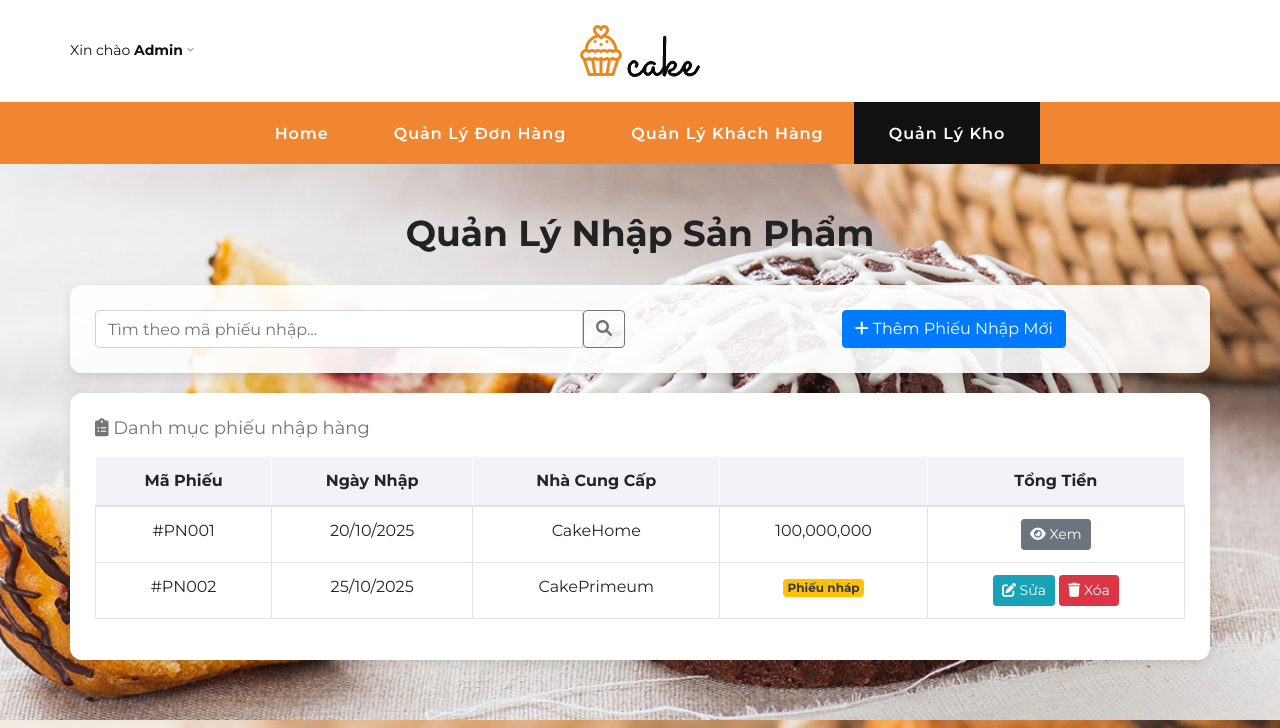
Repository: nhanto2n-byte/Nhom10ChieuThu3
Page: ProjectWeb/cake-main/admin_import.html
The author's editor kept a copy of each file at every save. The page is drawn from the files as they stood at one save, then again after the next save.
The browser window is 1280 px wide. The pictures show the whole page.
Backgrounds fixed to the window are drawn as part of the page.

Above is the page before, as saved 2025-11-11 09:01:03.

### ProjectWeb/cake-main/admin_import.html
<!DOCTYPE html>
<html lang="vi">

<head>
    <meta charset="UTF-8">
    <meta name="viewport" content="width=device-width, initial-scale=1.0">
    <title>Quản lý Nhập Sản phẩm</title>

    <link href="https://fonts.googleapis.com/css2?family=Playfair+Display:wght@400;500;600;700;800;900&display=swap" rel="stylesheet">
    <link href="https://fonts.googleapis.com/css2?family=Montserrat:wght@300;400;500;600;700;800;900&display=swap" rel="stylesheet">

    <link rel="stylesheet" href="css/bootstrap.min.css" type="text/css">
    <link rel="stylesheet" href="css/flaticon.css" type="text/css">
    <link rel="stylesheet" href="css/barfiller.css" type="text/css">
    <link rel="stylesheet" href="css/magnific-popup.css" type="text/css">
    <link rel="stylesheet" href="css/font-awesome.min.css" type="text/css">
    <link rel="stylesheet" href="css/elegant-icons.css" type="text/css">
    <link rel="stylesheet" href="css/nice-select.css" type="text/css">
    <link rel="stylesheet" href="css/owl.carousel.min.css" type="text/css">
    <link rel="stylesheet" href="css/slicknav.min.css" type="text/css">
    <link rel="stylesheet" href="css/style.css" type="text/css">
    <link rel="stylesheet" href="https://cdnjs.cloudflare.com/ajax/libs/font-awesome/6.0.0-beta3/css/all.min.css">

    <style>
      body {
        background: url('img/hero/hero-1.jpg') no-repeat center center fixed;
        background-size: cover;
        font-family: 'Montserrat', sans-serif;
        color: #222;
      }

      h2 {
        font-weight: 700;
        margin-bottom: 30px;
        color: #222;
      }

      .card {
        border: none;
        border-radius: 12px;
        box-shadow: 0 3px 10px rgba(0, 0, 0, 0.1);
        margin-bottom: 20px;
        padding: 25px;
        background-color: rgba(255, 255, 255, 0.9);
      }

      .table th {
        background-color: #f1f3f9;
      }
    </style>
      <style>
        /* ==================================== */
        /* CẤU TRÚC MENU THẢ XUỐNG (DROPDOWN) */
        /* ==================================== */

        /* 1. Thiết lập vị trí tương đối cho mục cha */
        .header__top__left ul li.has-dropdown {
            position: relative;
        }

        /* KHẮC PHỤC LỖI TÔ ĐEN TRÊN LIÊN KẾT CHA */
        .header__top__left ul li.has-dropdown > a:focus,
        .header__top__left ul li.has-dropdown > a:active {
            /* Dùng !important để ghi đè CSS từ file style.css nếu cần */
            outline: none !important;
            -webkit-tap-highlight-color: transparent;
            background-color: transparent !important;
        }

        /* 2. Thiết lập trạng thái mặc định (ẨN) cho dropdown */
        .header__top__left ul li .dropdown {
            display: none;
            position: absolute;
            top: 100%;
            left: 0;
            z-index: 100;

            /* NỀN ĐẬM CHO CHỮ TRẮNG NỔI BẬT */
            background-color: #333; /* Nền xám/đen đậm */
            border: 1px solid #555;
            box-shadow: 0 4px 10px rgba(0, 0, 0, 0.2);
            min-width: 200px;
            padding: 5px 0;
            list-style: none; /* Loại bỏ dấu chấm */
        }

        /* 3. Hiển thị menu khi di chuột vào mục cha */
        .header__top__left ul li.has-dropdown:hover > .dropdown {
            display: block;
        }

        /* 4. Định kiểu cho các mục con trong menu */
        .header__top__left ul li .dropdown li a {
            display: block;
            padding: 10px 15px;
            text-decoration: none;

            /* MÀU CHỮ TRẮNG */
            color: white;

            font-size: 16px;
            white-space: nowrap;
        }

        /* Hiệu ứng di chuột (hover) cho các mục con */
        .header__top__left ul li .dropdown li a:hover {
            background-color: #555; /* Nền xám nhẹ khi hover */
            color: #ffcc00; /* Màu nổi bật khi hover */
        }

        /* Căn giữa toàn bộ menu chính */
.header__menu ul {
    display: flex;
    justify-content: center; /* căn giữa menu */
    align-items: center;
    list-style: none;
    margin: 0;
    padding: 0;
}

/* Mỗi mục trong menu chính */
.header__menu ul li {
    position: relative;
}

/* Dropdown menu (đen, chữ trắng, tự giãn kích thước) */
.header__menu ul li .dropdown {
    display: none;
    position: absolute;
    top: 100%;
    left: 50%;
    transform: translateX(-50%);
    background-color: rgba(0, 0, 0, 0.95);
    border: 1px solid #444;
    box-shadow: 0 4px 10px rgba(0, 0, 0, 0.3);
    border-radius: 8px;
    z-index: 100;
    padding: 5px 0;

    /* Cho phép chữ xuống dòng, mở rộng nếu cần */
    white-space: normal; /* cho phép xuống dòng */
    width: auto;         /* tự mở rộng theo nội dung */
    min-width: 230px;    /* kích thước tối thiểu */
    max-width: 300px;    /* tránh quá rộng */
    word-wrap: break-word; /* ngắt dòng nếu chữ dài liền */
}

/* Hiện dropdown khi hover */
.header__menu ul li:hover > .dropdown {
    display: block;
}

/* Các item trong dropdown */
.header__menu ul li .dropdown li {
    display: block;
}

/* Liên kết trong dropdown */
.header__menu ul li .dropdown li a {
    display: block;
    padding: 10px 18px;
    color: #fff;
    text-decoration: none;
    font-size: 15px;
    font-weight: 500;
    transition: background 0.2s, color 0.2s;
    line-height: 1.4; /* giúp dòng chữ cân đối khi xuống dòng */
}

/* Hover đẹp */
.header__menu ul li .dropdown li a:hover {
    background-color: #333;
    color: #ffcc00;
}

/* Hiệu ứng trượt mở */
.header__menu ul li .dropdown {
    opacity: 0;
    visibility: hidden;
    transform: translate(-50%, 10px);
    transition: all 0.25s ease;
}
.header__menu ul li:hover > .dropdown {
    opacity: 1;
    visibility: visible;
    transform: translate(-50%, 0);
}


        </style>

    </style>
</head>

<body>
    <div id="preloder"><div class="loader"></div></div>
    <header class="header">
        <div class="header__top"><div class="container"><div class="row"><div class="col-lg-12"><div class="header__top__inner"><div class="header__top__left"><ul><li class="has-dropdown">Xin chào <strong>Admin</strong><span class="arrow_carrot-down"></span></a><ul class="dropdown"><li><a href="./admin_login.html">Log out</a></li></ul></li></ul></div><div class="header__logo"><a href="./#.html"><img src="img/logo.png" alt=""></a></div></div></div></div><div class="canvas__open"><i class="fa fa-bars"></i></div></div></div>
        <div class="container"><div class="row"><div class="col-lg-12"><nav class="header__menu mobile-menu"><ul>
            <li><a href="./admin_home.html">Home</a></li>
            <li><a href="./admin_product.html">Quản Lý Đơn Hàng</a></li><li><a href="./admin_member.html">Quản Lý Khách Hàng</a></li><li class="active"><a href="#">Quản Lý Kho</a><ul class="dropdown"><li><a href="./admin_category.html">Quản Lý Danh Mục</a></li><li><a href="./admin_import.html">Quản Lý Nhập Sản Phẩm</a></li><li><a href="./admin_selling.html">Quản Lý Giá Bán</a></li><li><a href="./admin_quantity.html">Quản Lý Số Lượng Tồn</a></li><li><a href="./admin_type.html">Quản Lý Loại Sản Phẩm</a></li></ul></li></ul></nav></div></div></div>
    </header>

    <div class="container py-5">
        <h2 class="text-center">Quản Lý Nhập Sản Phẩm</h2>

        <div class="card">
            <div class="row g-3 justify-content-between align-items-center">
                <div class="col-md-6"><div class="input-group"><input type="text" class="form-control" placeholder="Tìm theo mã phiếu nhập..."><button class="btn btn-outline-secondary" type="button"><i class="fa fa-search"></i></button></div></div>
                <div class="col-md-4 text-end"><button class="btn btn-primary" data-bs-toggle="modal" data-bs-target="#addModal"><i class="fa-solid fa-plus"></i> Thêm Phiếu Nhập Mới</button></div>
            </div>
        </div>

        <div class="card bg-white">
            <h5><i class="fa-solid fa-clipboard-list"></i> Danh mục phiếu nhập hàng</h5>
            <div class="table-responsive mt-3">
                <table class="table table-bordered text-center align-middle">
                    <thead class="table-light">
                        <tr><th>Mã Phiếu</th><th>Ngày Nhập</th><th>Nhà Cung Cấp</th><th></th><th>Tổng Tiền</th></tr>
                    </thead>
                    <tbody>
                        <tr>
                            <td>#PN001</td><td>20/10/2025</td><td>CakeHome</td><td>100,000,000</span></td>
                            <td class="action-buttons"><button class="btn btn-secondary btn-sm" data-bs-toggle="modal" data-bs-target="#viewModal"><i class="fa-solid fa-eye"></i> Xem</button></td>
                        </tr>
                        <tr>
                            <td>#PN002</td><td>25/10/2025</td><td>CakePrimeum</td><td><span class="badge bg-warning text-dark">Phiếu nháp</span></td>
                            <td class="action-buttons">
                                <button class="btn btn-info btn-sm" data-bs-toggle="modal" data-bs-target="#editModal"><i class="fa-solid fa-pen-to-square"></i> Sửa</button>
                                <button onclick = "deleteProduct()"class="btn btn-danger btn-sm ms-2"><i class="fa-solid fa-trash"></i> Xóa</button>
                            </td>
                        </tr>
                    </tbody>
                </table>
            </div>
        </div>
    </div>

    <div class="modal fade" id="addModal" tabindex="-1" aria-hidden="true">
        <div class="modal-dialog modal-xl">
            <div class="modal-content">
                <div class="modal-header">
                    <h5 class="modal-title"><i class="fa-solid fa-plus"></i> Thêm Phiếu Nhập Mới</h5>
                    <button type="button" class="btn-close" data-bs-dismiss="modal"></button>
                </div>
                <div class="modal-body">
                    <form>
                        <div class="row mb-3">
                            <div class="col-md-4">
                                <label class="form-label"><strong>Ngày nhập</strong></label>
                                <input type="date" class="form-control">
                            </div>
                        </div>
                        <hr>
                        <div class="d-flex justify-content-between align-items-center mb-3">
                            <h6><strong>Chi tiết sản phẩm nhập</strong></h6>
                            <button type="button" class="btn btn-success btn-sm" id="addProductBtn">
                                <i class="fa-solid fa-plus"></i> Thêm Sản Phẩm
                            </button>
                        </div>
                        <div class="table-responsive">
                            <table class="table table-bordered align-middle" id="addProductTable">
                                <thead class="table-light">
                                    <tr>
                                        <th>Sản phẩm</th>
                                        <th style="width: 15%;">Số lượng</th>
                                        <th style="width: 20%;">Giá nhập (VNĐ)</th>
                                        <th style="width: 20%;">Thành tiền</th>
                                        <th style="width: 10%;" class="text-center">Xóa</th>
                                    </tr>
                                </thead>
                                <tbody id="addProductTableBody">
                                </tbody>
                                <tfoot>
                                    <tr>
                                        <td colspan="4" class="text-end"><strong>Tổng cộng:</strong></td>
                                        <td id="totalAmount" class="fw-bold"><strong>0 đ</strong></td>
                                    </tr>
                                </tfoot>
                            </table>
                        </div>
                    </form>
                </div>
                <div class="modal-footer">
                    <button type="button" class="btn btn-secondary" data-bs-dismiss="modal">Hủy</button>
                    <button type="button" class="btn btn-warning" data-bs-dismiss="modal">Lưu Nháp</button>
                    <button type="button" class="btn btn-primary" data-bs-dismiss="modal">Hoàn Thành Phiếu</button>
                </div>
            </div>
        </div>
    </div>

    <div class="modal fade" id="editModal" tabindex="-1" aria-hidden="true">
        <div class="modal-dialog modal-xl">
            <div class="modal-content">
                <div class="modal-header"><h5 class="modal-title"><i class="fa-solid fa-pen-to-square"></i> Chỉnh Sửa Phiếu Nhập #PN002</h5><button type="button" class="btn-close" data-bs-dismiss="modal"></button></div>
                <div class="modal-body">
                    <form>
                        <div class="row mb-3"><div class="col-md-4"><label class="form-label"><strong>Ngày nhập</strong></label><input type="date" class="form-control" value="2025-10-25"></div></div><hr>
                        <h6><strong>Chi tiết sản phẩm nhập</strong></h6>
                        <div class="table-responsive mt-3"><table class="table table-bordered align-middle"><thead class="table-light"><tr><th>Sản phẩm</th><th style="width: 15%;">Số lượng</th><th style="width: 20%;">Giá nhập</th><th style="width: 20%;">Thành tiền</th><th style="width: 10%;" class="text-center">Xóa</th></tr></thead><tbody><tr><td>Dozen Cupcakes</td><td><input type="number" class="form-control" value="5"></td><td><input type="number" class="form-control" value="140000"></td><td>700,000 đ</td><td class="text-center"><button class="btn btn-outline-danger btn-sm"><i class="fa-solid fa-trash"></i></button></td></tr><tr><td>Cookies And Cream</td><td><input type="number" class="form-control" value="2"></td><td><input type="number" class="form-control" value="250000"></td><td>500,000 đ</td><td class="text-center"><button class="btn btn-outline-danger btn-sm"><i class="fa-solid fa-trash"></i></button></td></tr></tbody><tfoot><tr><td colspan="3" class="text-end"><strong>Tổng cộng:</strong></td><td colspan="2"><strong>1,200,000 đ</strong></td></tr></tfoot></table></div>
                    </form>
                </div>
                <div class="modal-footer">
                    <button type="button" class="btn btn-secondary" data-bs-dismiss="modal">Hủy</button>
                    <button type="button" class="btn btn-warning" data-bs-dismiss="modal">Lưu Thay Đổi</button>
                    <button type="button" class="btn btn-primary" data-bs-dismiss="modal">Hoàn Thành</button>
                </div>
            </div>
        </div>
    </div>

    <div class="modal fade" id="viewModal" tabindex="-1" aria-hidden="true">
        <div class="modal-dialog modal-xl"><div class="modal-content"><div class="modal-header"><h5 class="modal-title"><i class="fa-solid fa-eye"></i> Xem Chi Tiết Phiếu Nhập #PN001</h5><button type="button" class="btn-close" data-bs-dismiss="modal"></button></div><div class="modal-body"><form><fieldset disabled><div class="row mb-3"><div class="col-md-4"><label class="form-label"><strong>Ngày nhập</strong></label><input type="date" class="form-control" value="2025-10-20"></div></div><hr><h6><strong>Chi tiết sản phẩm đã nhập</strong></h6><div class="table-responsive mt-3"><table class="table table-bordered align-middle"><thead class="table-light"><tr><th>Sản phẩm</th><th>Số lượng</th><th>Giá nhập</th><th>Thành tiền</th></tr></thead><tbody><tr><td>Dozen Cupcakes</td><td>20</td><td>150,000 đ</td><td>3,000,000 đ</td></tr><tr><td>German Chocolate</td><td>10</td><td>250,000 đ</td><td>2,500,000 đ</td></tr></tbody><tfoot><tr><td colspan="3" class="text-end"><strong>Tổng cộng:</strong></td><td><strong>5,500,000 đ</strong></td></tr></tfoot></table></div></fieldset></form></div><div class="modal-footer"><button type="button" class="btn btn-secondary" data-bs-dismiss="modal">Đóng</button></div></div></div>
    </div>



    <script src="js/jquery-3.3.1.min.js"></script>
    <script src="js/bootstrap.min.js"></script>
    <script src="js/jquery.nice-select.min.js"></script>
    <script src="js/jquery.barfiller.js"></script>
    <script src="js/jquery.magnific-popup.min.js"></script>
    <script src="js/jquery.slicknav.js"></script>
    <script src="js/owl.carousel.min.js"></script>
    <script src="js/jquery.nicescroll.min.js"></script>
    <script src="js/main.js"></script>
    <script src="https://cdn.jsdelivr.net/npm/bootstrap@5.3.2/dist/js/bootstrap.bundle.min.js"></script>
    <script src="js/slider.js"></script>

    <script src="js/jquery-3.3.1.min.js"></script>
    <script src="js/bootstrap.min.js"></script>
    <script src="js/jquery.nice-select.min.js"></script>
    <script src="https://cdn.jsdelivr.net/npm/bootstrap@5.3.2/dist/js/bootstrap.bundle.min.js"></script>
    <script src="js/slider.js"></script>

<script>
document.addEventListener('DOMContentLoaded', function () {

    // DỮ LIỆU SẢN PHẨM MẪU
    const productList = [
        { id: 1, name: 'Dozen Cupcakes' },
        { id: 2, name: 'Cookies And Cream' },
        { id: 3, name: 'German Chocolate' },
        { id: 4, name: 'Red Velvet' },
        { id: 5, name: 'Birthday Cake' },
        { id: 6, name: 'Vanilla' }
    ];

    const addModal = document.getElementById('addModal');
    const addProductBtn = document.getElementById('addProductBtn');
    const tableBody = document.getElementById('addProductTableBody');
    const totalAmountCell = document.getElementById('totalAmount');

    function formatCurrency(number) {
        return new Intl.NumberFormat('vi-VN', { style: 'currency', currency: 'VND' }).format(number);
    }

    // HÀM TẠO HÀNG MỚI (Vẫn dùng hàm này)
    function addNewProductRow() {
        const newRow = document.createElement('tr');
        newRow.innerHTML = `
            <td>
                <div class="position-relative">
                    <input type="text" class="form-control product-name-input" placeholder="Nhập tên sản phẩm...">
                    <div class="suggestions-container"></div>
                </div>
            </td>
            <td><input type="number" class="form-control product-quantity" value="1" min="1"></td>
            <td><input type="number" class="form-control product-price" placeholder="0" min="0"></td>
            <td class="product-subtotal">0 đ</td>
            <td class="text-center">
                <button type="button" class="btn btn-outline-danger btn-sm delete-row-btn"><i class="fa-solid fa-trash"></i></button>
            </td>
        `;
        tableBody.appendChild(newRow);
        updateTotals();
    }

    // HÀM CẬP NHẬT TỔNG TIỀN
    function updateTotals() {
        let total = 0;
        const rows = tableBody.querySelectorAll('tr');
        rows.forEach(row => {
            const quantity = parseInt(row.querySelector('.product-quantity').value) || 0;
            const price = parseFloat(row.querySelector('.product-price').value) || 0;
            const subtotal = quantity * price;
            row.querySelector('.product-subtotal').textContent = formatCurrency(subtotal);
            total += subtotal;
        });
        totalAmountCell.textContent = formatCurrency(total);
    }

    // LOGIC XỬ LÝ GỢI Ý
    tableBody.addEventListener('input', function(event) {
        if (event.target.classList.contains('product-name-input')) {
            const input = event.target;
            const query = input.value.toLowerCase();
            const suggestionsContainer = input.nextElementSibling;
            suggestionsContainer.innerHTML = '';
            if (query.length > 0) {
                const filteredProducts = productList.filter(product =>
                    product.name.toLowerCase().includes(query)
                );
                if (filteredProducts.length > 0) {
                    filteredProducts.forEach(product => {
                        const item = document.createElement('div');
                        item.classList.add('suggestion-item');
                        item.textContent = product.name;
                        suggestionsContainer.appendChild(item);
                    });
                    suggestionsContainer.style.display = 'block';
                } else {
                    suggestionsContainer.style.display = 'none';
                }
            } else {
                suggestionsContainer.style.display = 'none';
            }
        }
    });

    // LOGIC XỬ LÝ CLICK
    tableBody.addEventListener('click', function(event) {
        // Khi click vào một gợi ý
        if (event.target.classList.contains('suggestion-item')) {
            const suggestionText = event.target.textContent;
            const inputWrapper = event.target.closest('.position-relative');
            const inputField = inputWrapper.querySelector('.product-name-input');
            inputField.value = suggestionText;
            inputWrapper.querySelector('.suggestions-container').style.display = 'none';
        }
        // Khi click vào nút xóa hàng
        if (event.target.closest('.delete-row-btn')) {
            event.target.closest('tr').remove();
            updateTotals();
        }
    });

    document.addEventListener('click', function(event) {
        if (!event.target.closest('.position-relative')) {
            document.querySelectorAll('.suggestions-container').forEach(container => {
                container.style.display = 'none';
            });
        }
    });

    // SỰ KIỆN KHI MỞ MODAL
    addModal.addEventListener('shown.bs.modal', function () {
        // Nếu bảng trống, tự động thêm hàng đầu tiên
        if (tableBody.children.length === 0) {
            addNewProductRow();
        }
    });

    addProductBtn.addEventListener('click', addNewProductRow);
});
</script>
</body>
</html>

### ProjectWeb/cake-main/css/barfiller.css
.barfiller {
    width:100%;
    height:12px;
    background:#fcfcfc;
    border:1px solid #ccc;
    position:relative;
    margin-bottom:20px;
    box-shadow: inset 1px 4px 9px -6px rgba(0,0,0,.5);
    -moz-box-shadow: inset 1px 4px 9px -6px rgba(0,0,0,.5);
}

.barfiller .fill {
    display:block;
    position:relative;
    width:0px;
    height:100%;
    background:#333;
    z-index:1;
}

.barfiller .tipWrap {
    display:none;
}

.barfiller .tip {
    margin-top:-30px;
    padding:2px 4px;
    font-size:11px;
    color:#fff;
    left:0px;
    position:absolute;
    z-index:2;
    background: #333;
}

.barfiller .tip:after {
    border:solid;
    border-color:rgba(0,0,0,.8) transparent;
    border-width:6px 6px 0 6px;
    content:"";
    display:block;
    position:absolute;
    left:9px;
    top:100%;
    z-index:9
}

Loaded but not shown: ProjectWeb/cake-main/css/bootstrap.min.css (library); ProjectWeb/cake-main/css/flaticon.css (common file); ProjectWeb/cake-main/css/magnific-popup.css (library); ProjectWeb/cake-main/css/font-awesome.min.css (library); ProjectWeb/cake-main/css/nice-select.css (common file); ProjectWeb/cake-main/css/owl.carousel.min.css (library); ProjectWeb/cake-main/css/slicknav.min.css (common file); ProjectWeb/cake-main/js/jquery-3.3.1.min.js (library); ProjectWeb/cake-main/js/bootstrap.min.js (library); ProjectWeb/cake-main/js/jquery.nice-select.min.js (common file); ProjectWeb/cake-main/js/jquery.barfiller.js (library); ProjectWeb/cake-main/js/jquery.magnific-popup.min.js (library); ProjectWeb/cake-main/js/jquery.slicknav.js (library); ProjectWeb/cake-main/js/owl.carousel.min.js (library); ProjectWeb/cake-main/js/jquery.nicescroll.min.js (library); ProjectWeb/cake-main/js/main.js (235 lines, source omitted); ProjectWeb/cake-main/js/slider.js (17 lines, source omitted); ProjectWeb/cake-main/css/style.css (4080 lines, source omitted); ProjectWeb/cake-main/css/elegant-icons.css (1157 lines, source omitted)

After the next save:
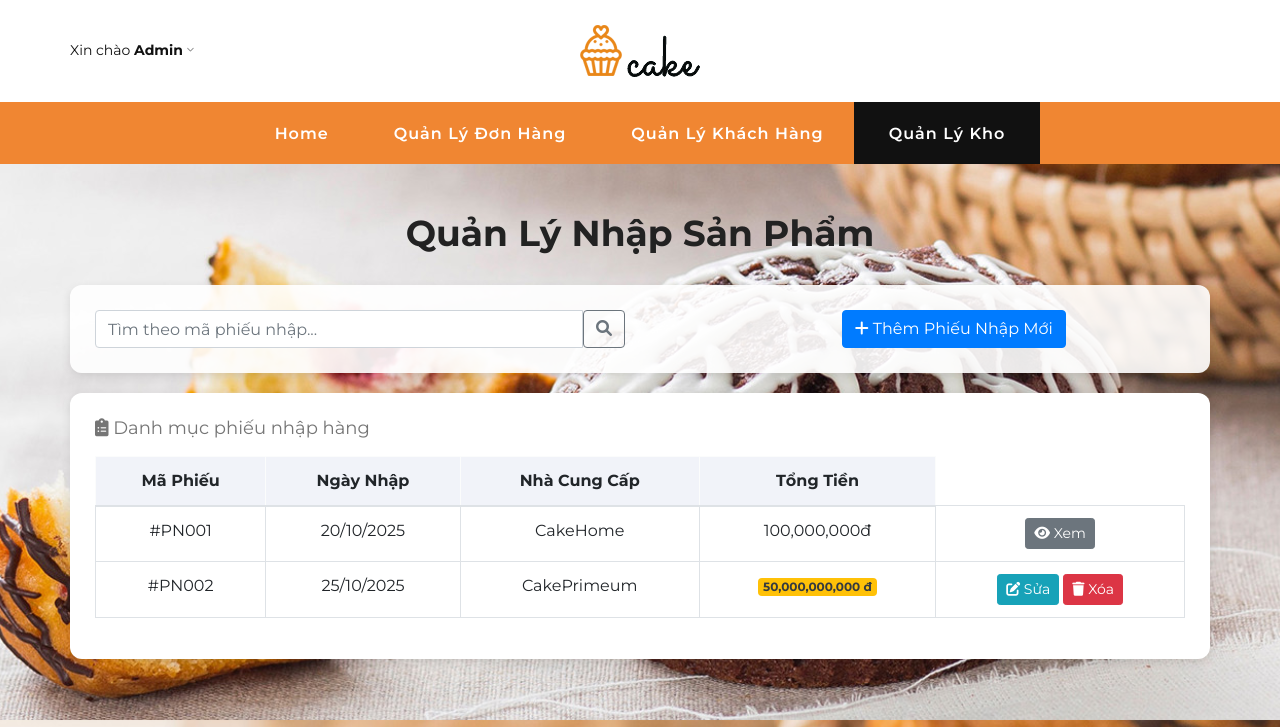
Saved 3 min 8 s later.
--- a/ProjectWeb/cake-main/admin_import.html
+++ b/ProjectWeb/cake-main/admin_import.html
@@ -216,15 +216,15 @@
             <div class="table-responsive mt-3">
                 <table class="table table-bordered text-center align-middle">
                     <thead class="table-light">
-                        <tr><th>Mã Phiếu</th><th>Ngày Nhập</th><th>Nhà Cung Cấp</th><th></th><th>Tổng Tiền</th></tr>
+                        <tr><th>Mã Phiếu</th><th>Ngày Nhập</th><th>Nhà Cung Cấp</th><th>Tổng Tiền</th></tr>
                     </thead>
                     <tbody>
                         <tr>
-                            <td>#PN001</td><td>20/10/2025</td><td>CakeHome</td><td>100,000,000</span></td>
+                            <td>#PN001</td><td>20/10/2025</td><td>CakeHome</td><td>100,000,000đ</span></td>
                             <td class="action-buttons"><button class="btn btn-secondary btn-sm" data-bs-toggle="modal" data-bs-target="#viewModal"><i class="fa-solid fa-eye"></i> Xem</button></td>
                         </tr>
                         <tr>
-                            <td>#PN002</td><td>25/10/2025</td><td>CakePrimeum</td><td><span class="badge bg-warning text-dark">Phiếu nháp</span></td>
+                            <td>#PN002</td><td>25/10/2025</td><td>CakePrimeum</td><td><span class="badge bg-warning text-dark">50,000,000,000 đ</span></td>
                             <td class="action-buttons">
                                 <button class="btn btn-info btn-sm" data-bs-toggle="modal" data-bs-target="#editModal"><i class="fa-solid fa-pen-to-square"></i> Sửa</button>
                                 <button onclick = "deleteProduct()"class="btn btn-danger btn-sm ms-2"><i class="fa-solid fa-trash"></i> Xóa</button>
